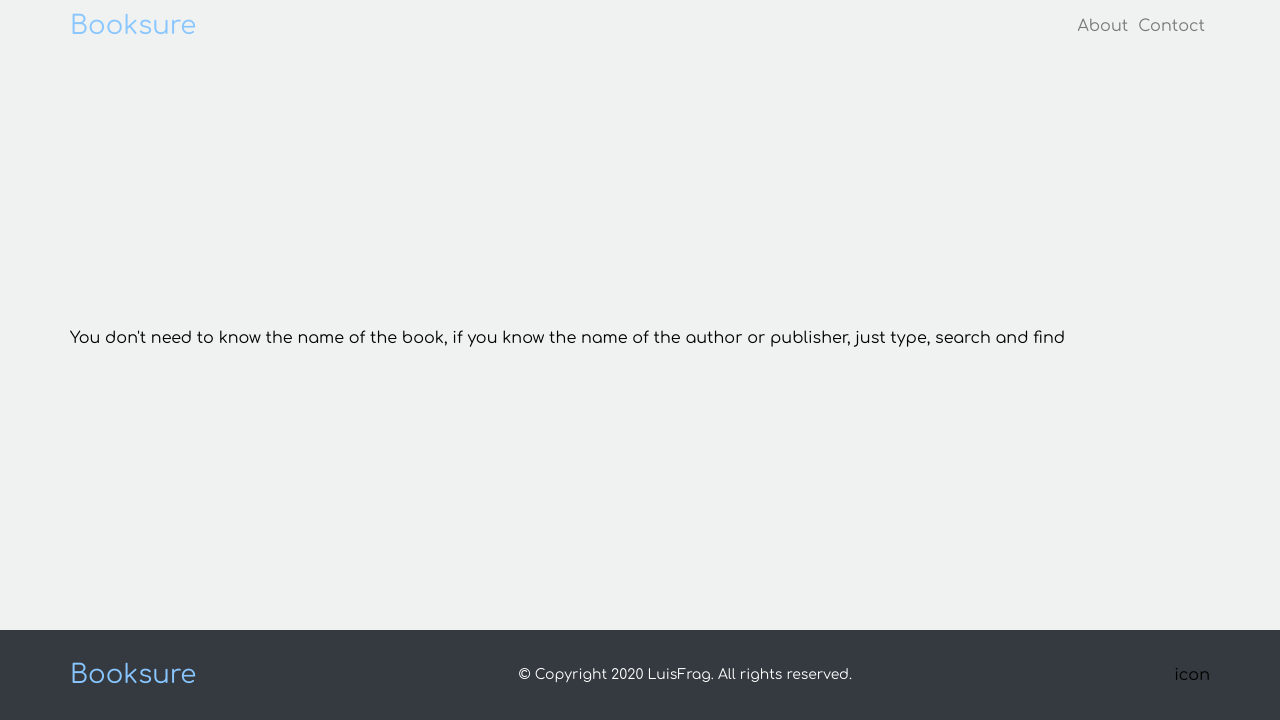
Repository: changesxxx/searchBooks
Page: /search
These files come from the project's save history. The page is drawn as it stood at one moment and after the next save; the edit follows.
The browser window is 1280 px wide. The pictures show the whole page.
The project was rebuilt for these pictures with package versions that can differ from the ones it lists, and the page was loaded fresh each time. Also part of the build but not shown: craco.config.js.

Above is the page before, as saved 2024-06-24 17:38:37.

After the next save:
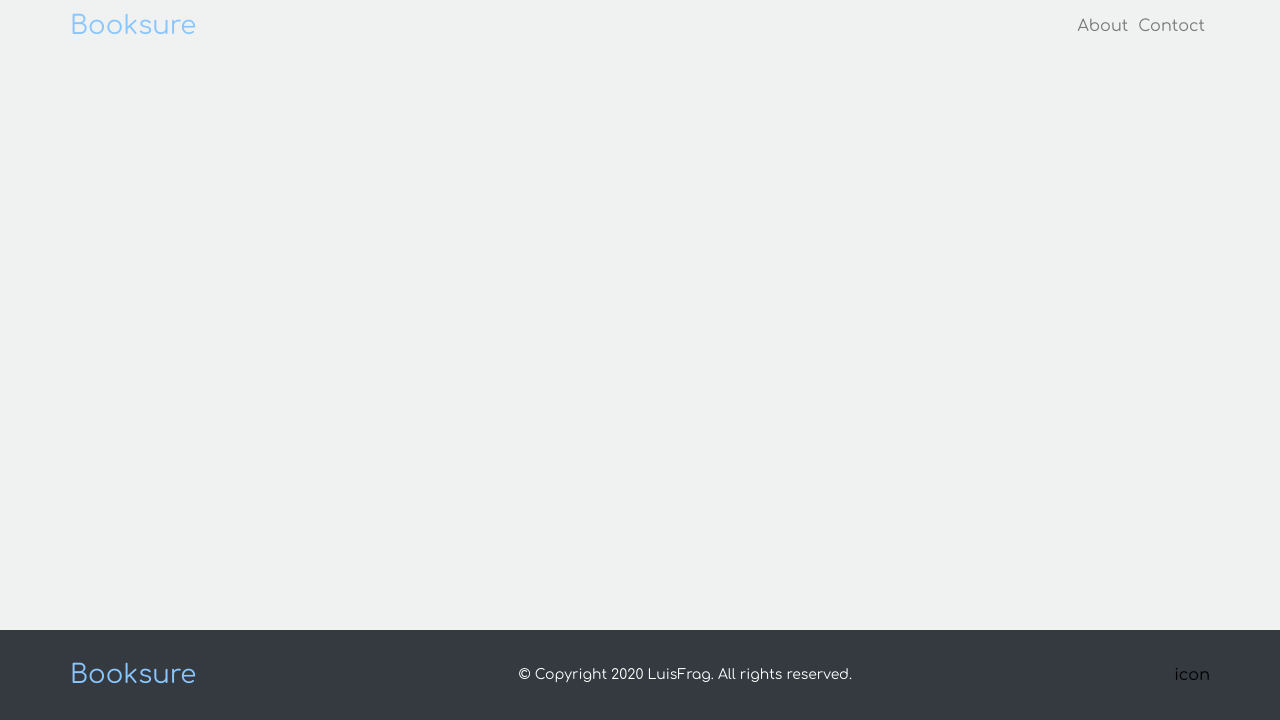
Saved 69 s later.
--- a/src/view/search/Search.jsx
+++ b/src/view/search/Search.jsx
@@ -5,13 +5,13 @@ import SearchWrapper from './style'
 const Search = memo(() => {
   return (
     <SearchWrapper>
-      <div className="describe content_mid">
+      {/*      <div className="describe content_mid">
         <div>
           You don't need to know the name of the book, if you know the name of
           the author or publisher, just type, search and find
         </div>
         <div></div>
-      </div>
+      </div> */}
     </SearchWrapper>
   )
 })
